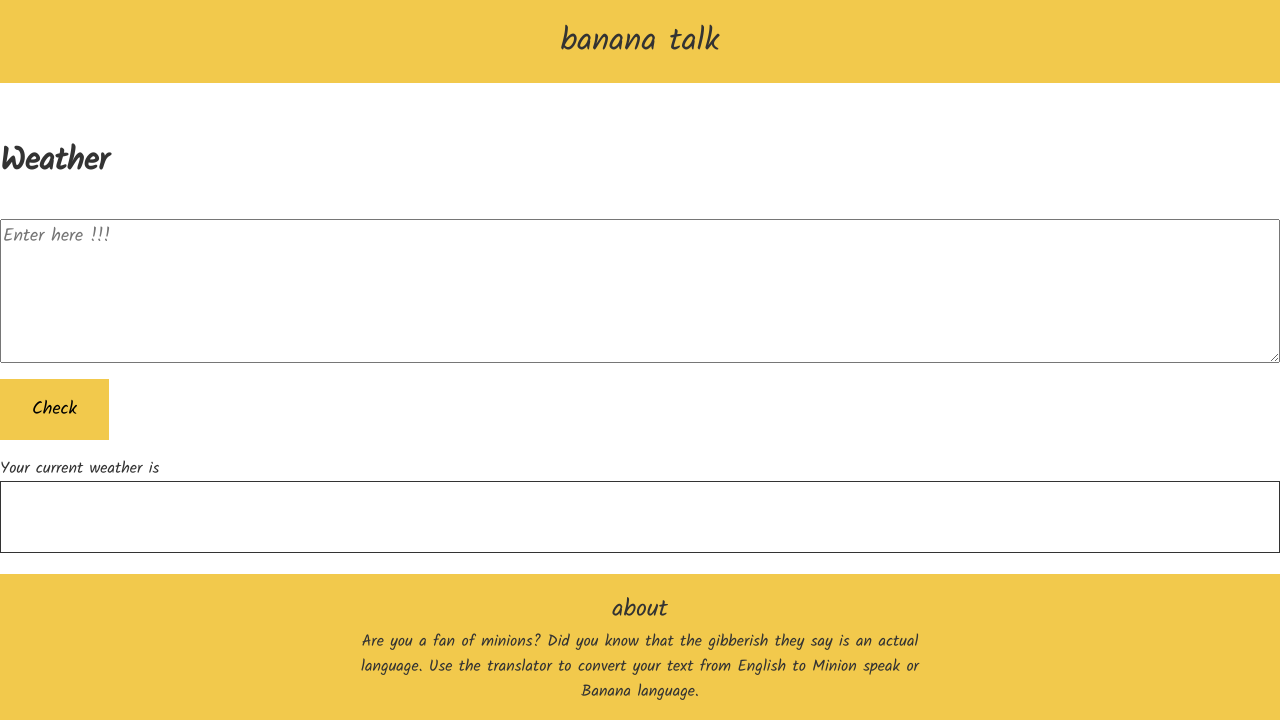
Repository: Irfan-vit/openapi
Page: index.html
An editor plug-in stored every save of this project. The page is shown before and after a run of saves, followed by the edit.
The browser window is 1280 px wide. The pictures show the whole page.

Above is the page before, as saved 2021-05-27 23:20:16.

### index.html
<!DOCTYPE html>
<html lang="en">

<head>
    <meta charset="UTF-8">
    <meta http-equiv="X-UA-Compatible" content="IE=edge">
    <meta name="viewport" content="width=device-width, initial-scale=1.0">
    <title>Api</title>
    <link rel="stylesheet" href="style.css">
</head>

<body>

    <nav>
        <div style="font-size: 2rem; padding: 1rem;">
            banana talk
        </div>

    </nav>

    <main></main>

    <h1>Weather</h1>

    <textarea name="" id="txt-input" class="t-area" placeholder="Enter here !!!"></textarea>

    <button id="btn-translate">
        Check
    </button>

    <div>Your current weather is</div>

    <div id="output" class="t-area">

    </div>


    <footer>
        <div style="font-size: x-large;">about</div>
        <p>Are you a fan of minions? Did you know that the gibberish they say is an actual language. Use the translator
            to convert your text from English to Minion speak or Banana language.</p>
    </footer>



    <script src="app.js" type="text/javascript"></script>
</body>

</html>

### style.css
@import url('https://fonts.googleapis.com/css2?family=Kalam&display=swap');

* {
    box-sizing: border-box;
}

:root {
    --primary: #F2C94C;
    --black: #333333;
    --width-break:600px
}

body {
    margin: 0;
    font-family: 'Kalam', cursive;
    color: #333333;
}

nav {
    background-color: var(--primary);
    text-align: center;
}

main {
    margin: auto;
    padding: 1rem;
    max-width: var(--width-break);
}

textarea {
    box-sizing: border-box;
    display: block;
    width: 100%;
    min-height: 20vh;
    margin-top: 2rem;
    font-size: large;
    font-family: inherit;
}

button {
    background-color: var(--primary);
    border: none;
    margin: 1rem 0rem;
    padding: 1rem 2rem;
    font-family: 'Kalam', cursive;
    font-size: large;
}


#output {
    box-sizing: border-box;
    width: 100%;
    min-height: 10vh;
    max-height: 20vh;
    overflow:scroll;
    border: 1px solid var(--black);
}

footer {
    position: fixed;
    bottom: 0;
    width: 100%;
    padding: 1rem;
    background-color: var(--primary);
    text-align: center;
}

footer p {
    max-width: var(--width-break);
    margin: auto;
}

### app.js
var btnTranslate = document.querySelector("#btn-translate");
var txtInput = document.querySelector("#txt-input");
var outputDiv = document.querySelector('#output')
var serverURL = "https://api.openweathermap.org/data/2.5/weather?q="
var key = "&appid=49257f6591cfc3ed8daf0b5970d519cb"

function getTranslationURL(text) {
    return serverURL + text + key
}

function errorHandler(error) {
    console.log("error occured", error)
    alert("something went wrong  :  " + error)
}

function clickHandler() {
    // outputDiv.innerText = "translated  " + txtInput.value + "  To : bababbababababababa ";

    var inputText = txtInput.value;

    fetch(getTranslationURL(inputText))
        .then(response => response.json())
        .then(json => {
            var translatedText = "Country : " + json['sys']['country'] + " | tempreature : " + json['main']['temp'] + " | weather : " +  json['weather'][0]['description'] + " | longitude : " + json['coord']['lon'] + " | latitude : " + json['coord']['lat'] + " | wind speed : " + json['wind']['speed'] + " | Wind direction, degrees : " + json['wind']['deg'];
            outputDiv.innerText = translatedText;
            })
    };


btnTranslate.addEventListener("click", clickHandler)

After the next 3 saves:
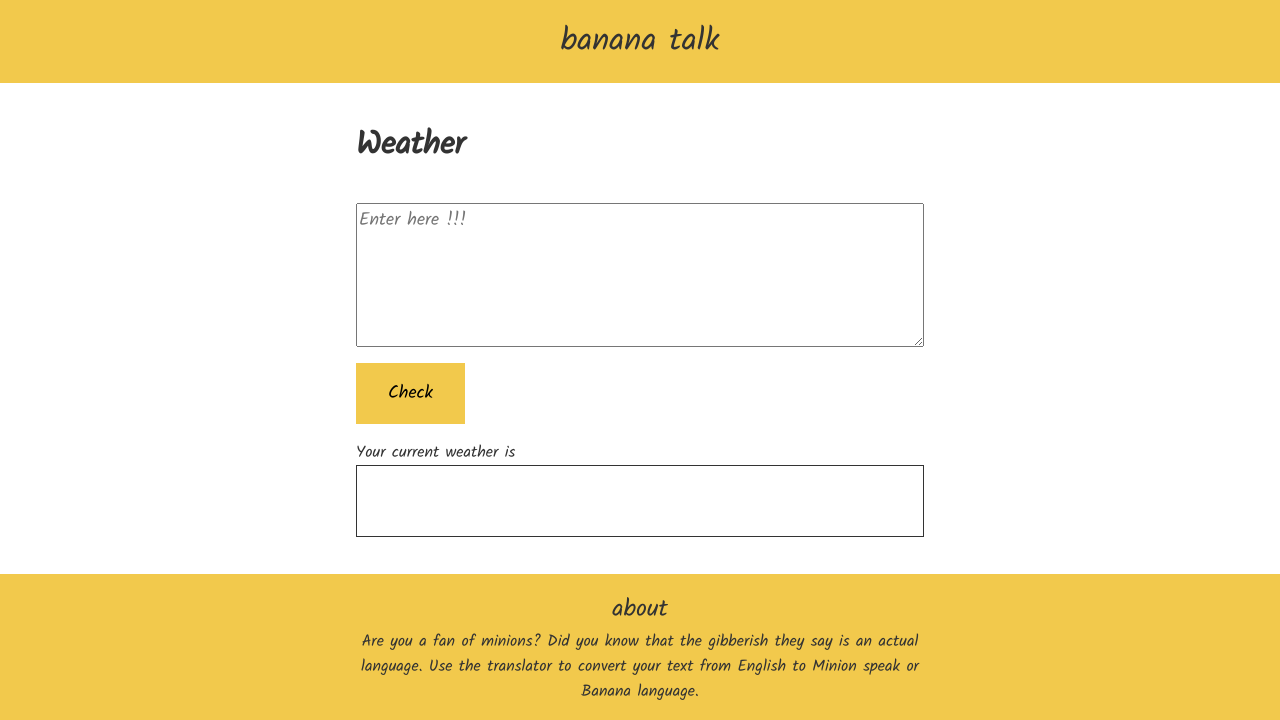
The 3 saves are shown as one change because they came seconds apart.
The last was saved 9 s later.
--- a/index.html
+++ b/index.html
@@ -18,22 +18,23 @@
 
     </nav>
 
-    <main></main>
+    <main>
 
-    <h1>Weather</h1>
+        <h1>Weather</h1>
 
-    <textarea name="" id="txt-input" class="t-area" placeholder="Enter here !!!"></textarea>
+        <textarea name="" id="txt-input" class="t-area" placeholder="Enter here !!!"></textarea>
 
-    <button id="btn-translate">
-        Check
-    </button>
+        <button id="btn-translate">
+            Check
+        </button>
 
-    <div>Your current weather is</div>
+        <div>Your current weather is</div>
 
-    <div id="output" class="t-area">
+        <div id="output" class="t-area">
 
-    </div>
+        </div>
 
+    </main>
 
     <footer>
         <div style="font-size: x-large;">about</div>
